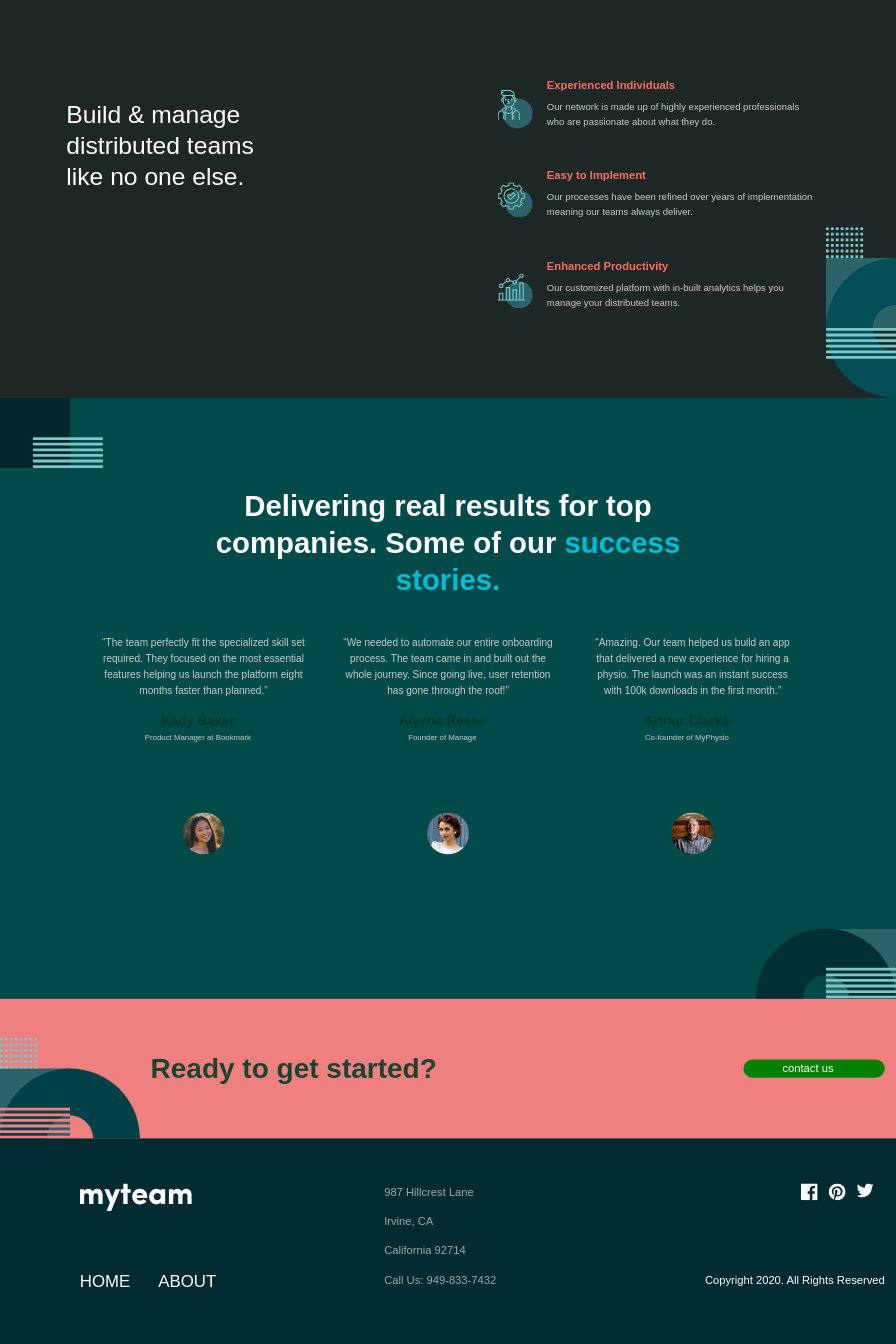
Repository: Gabriel221-dev/Project-page-main
Page: /
The author's editor kept a copy of each file at every save. The page is drawn from the files as they stood at one save, then again after the next save.
The browser window is 1280 px wide. The pictures show the part of the page from y = 692 to 2612 px (the page is 2612 px tall), at 70% of full size.
The project was rebuilt for these pictures with package versions that can differ from the ones it lists, and the page was loaded fresh each time. Also part of the build but not shown: vite.config.js, src/pages/About.css, src/components/DirectorCard.css, src/components/DirectorCard.jsx, src/pages/About.jsx, src/pages/Contact.css, src/pages/Contact.jsx.

Above is the page before, as saved 2024-07-23 18:20:59.

After the next save:
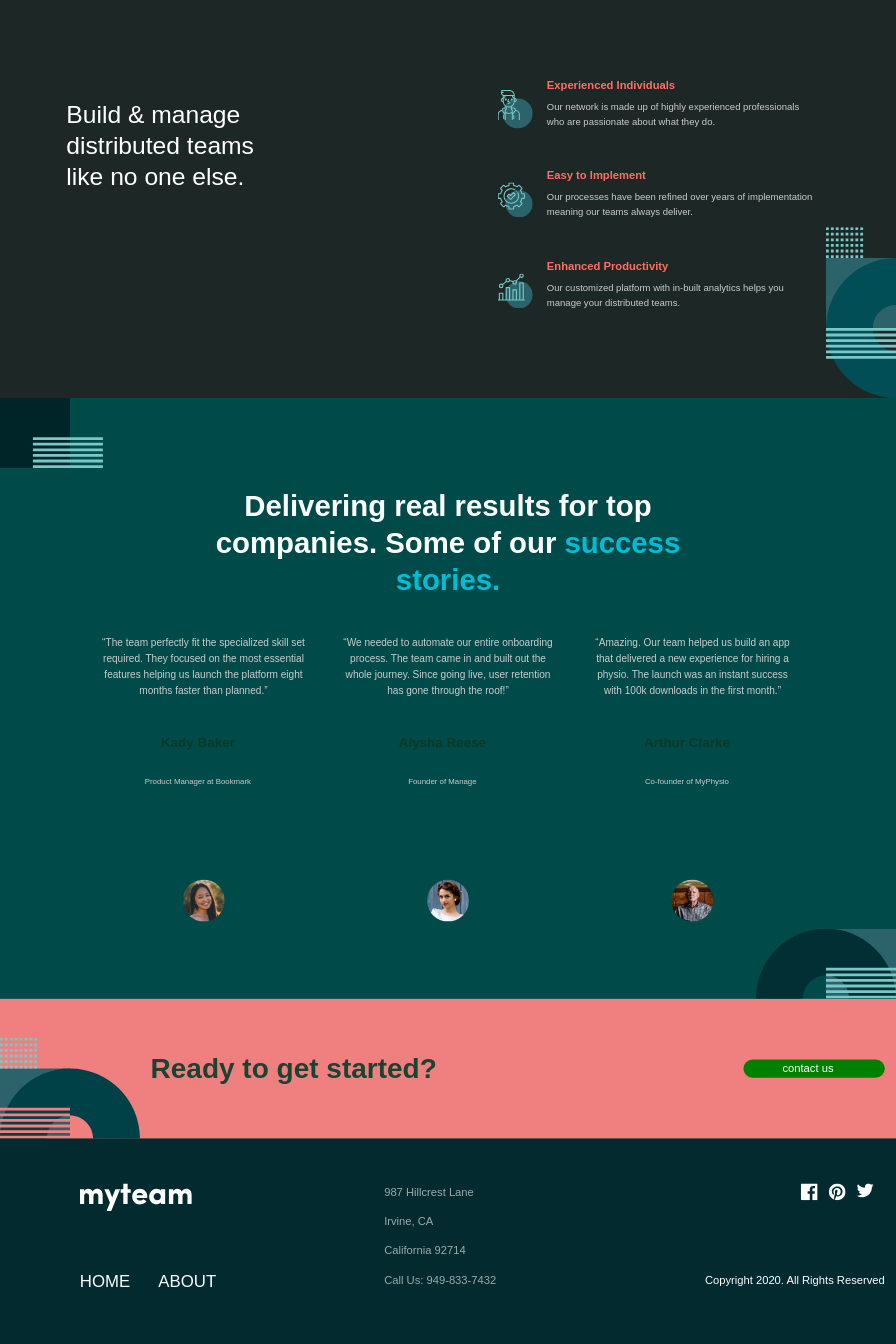
Saved 7 s later.
--- a/src/pages/Home.css
+++ b/src/pages/Home.css
@@ -331,7 +331,7 @@
     height: 60px;
     border-radius: 50%;
     align-self: center;
-    margin: 0rem 0rem 1rem 0rem ;
+    margin: 0rem 0rem -5rem 0rem ;
   }
 
 

After the save that followed:
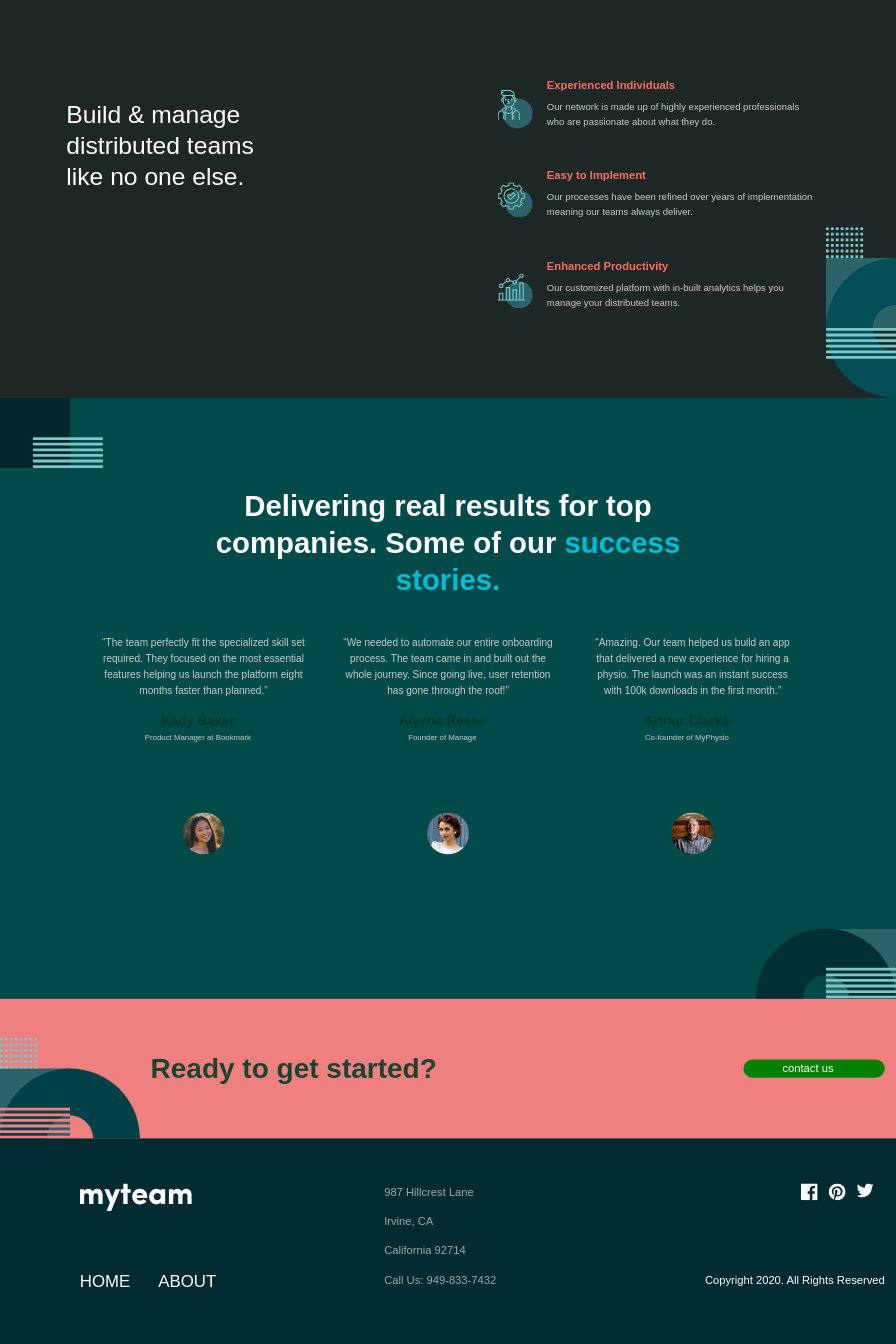
Saved 12 s later.
--- a/src/pages/Home.css
+++ b/src/pages/Home.css
@@ -331,7 +331,7 @@
     height: 60px;
     border-radius: 50%;
     align-self: center;
-    margin: 0rem 0rem -5rem 0rem ;
+    margin: 0rem 0rem 1rem 0rem ;
   }
 
 
